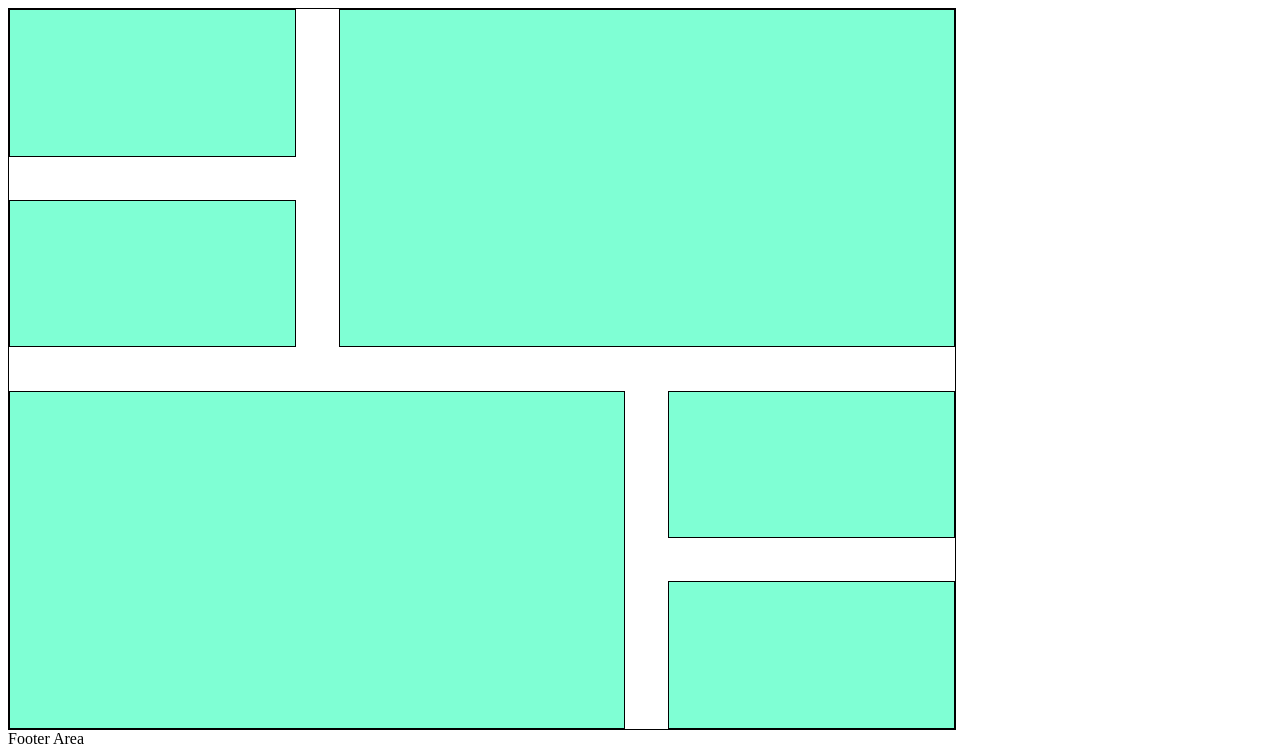
Repository: BwesewB/Brutalist-Website
Page: /
An editor plug-in stored every save of this project. The page is shown before and after the next save, followed by the edit.
The browser window is 1280 px wide. The pictures show the whole page.
The project was rebuilt for these pictures with package versions that can differ from the ones it lists, and the page was loaded fresh each time. The framework's server and built-in components were replaced by stand-ins that run in the browser. Also part of the build but not shown: next.config.mjs.

Above is the page before, as saved 2024-02-03 17:07:26.

After the next save:
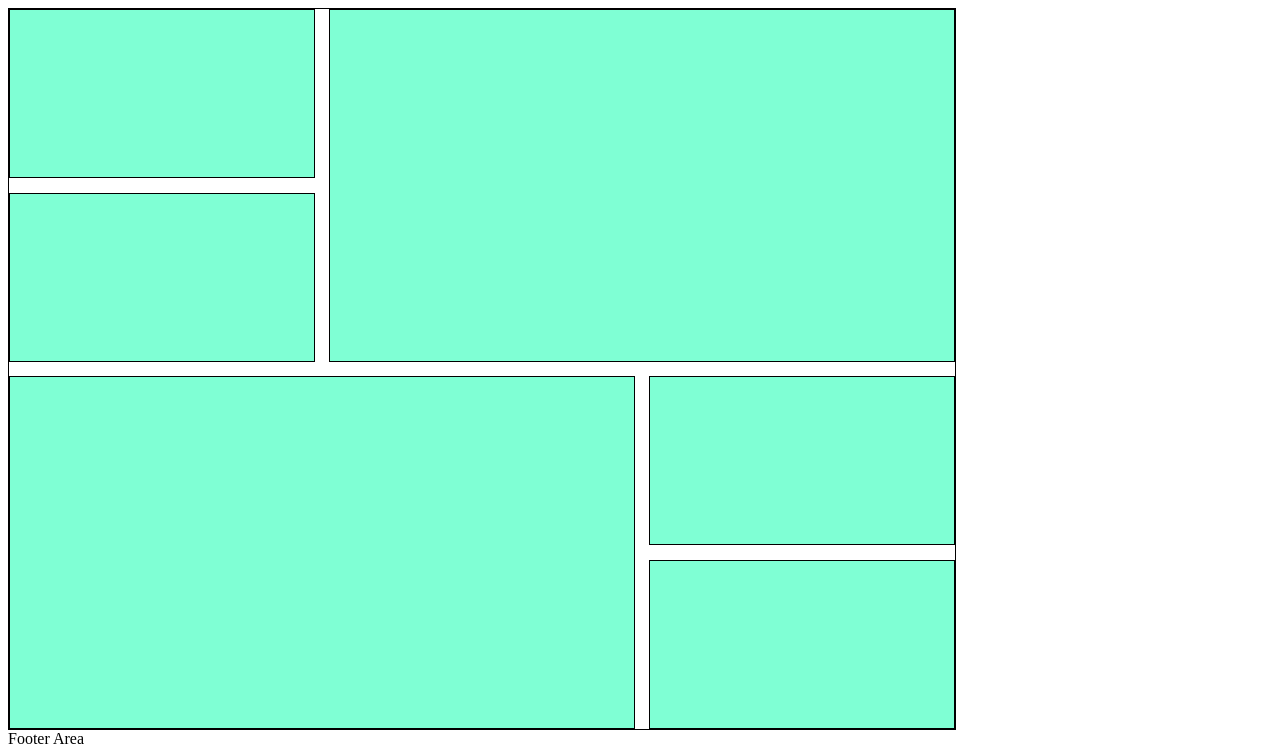
Saved 5 s later.
--- a/styles/Home.module.css
+++ b/styles/Home.module.css
@@ -33,7 +33,7 @@
   display: grid;
   grid-template-columns: repeat(3, 1fr);
   grid-template-rows: repeat(4, 1fr);
-  gap: 6vh;
+  gap: 2vh;
   border: 1px solid black;
   height:100vh;
 }
